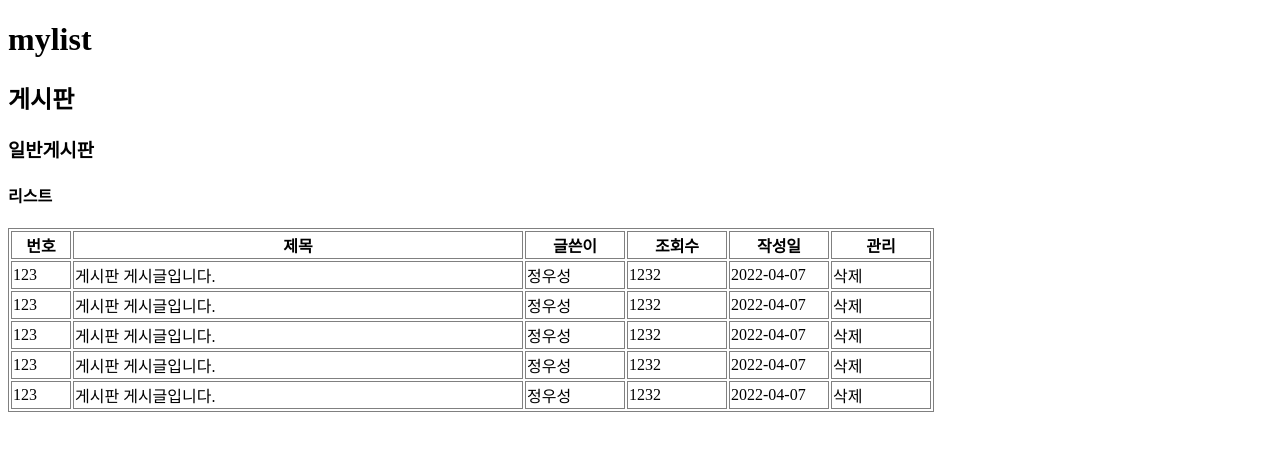
Repository: jeemaru/htme_01
Page: css_02/ex_04.html
The author's editor kept a copy of each file at every save. The page is drawn from the files as they stood at one save, then again after the next save.
The browser window is 1280 px wide. The pictures show the whole page.

Above is the page before, as saved 2022-04-07 03:15:14.

After the next save:
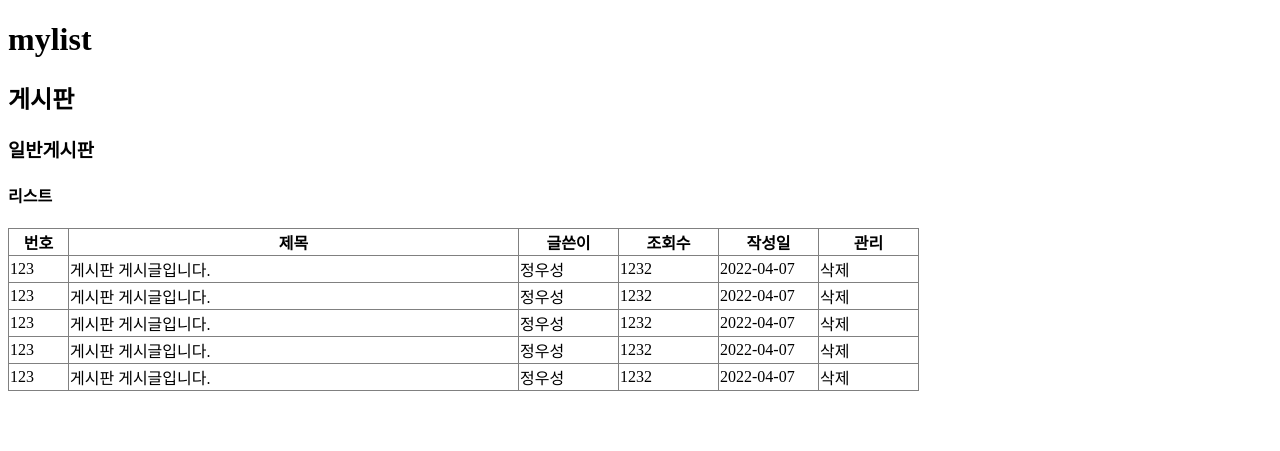
Saved 2 min 47 s later.
--- a/css_02/ex_04.html
+++ b/css_02/ex_04.html
@@ -6,9 +6,9 @@
         <title>스타일시트</title>
         <!-- 스타일시트자리 -->
     	<style>
-    		table {border: 1px solid #808080;}
-    		th {border: 1px solid #808080;}
-    		td {border: 1px solid #808080;}
+    		table, th, td {border: 1px solid #808080;
+    					   border-collapse: collapse;}
+
     	</style>
     </head>
 
